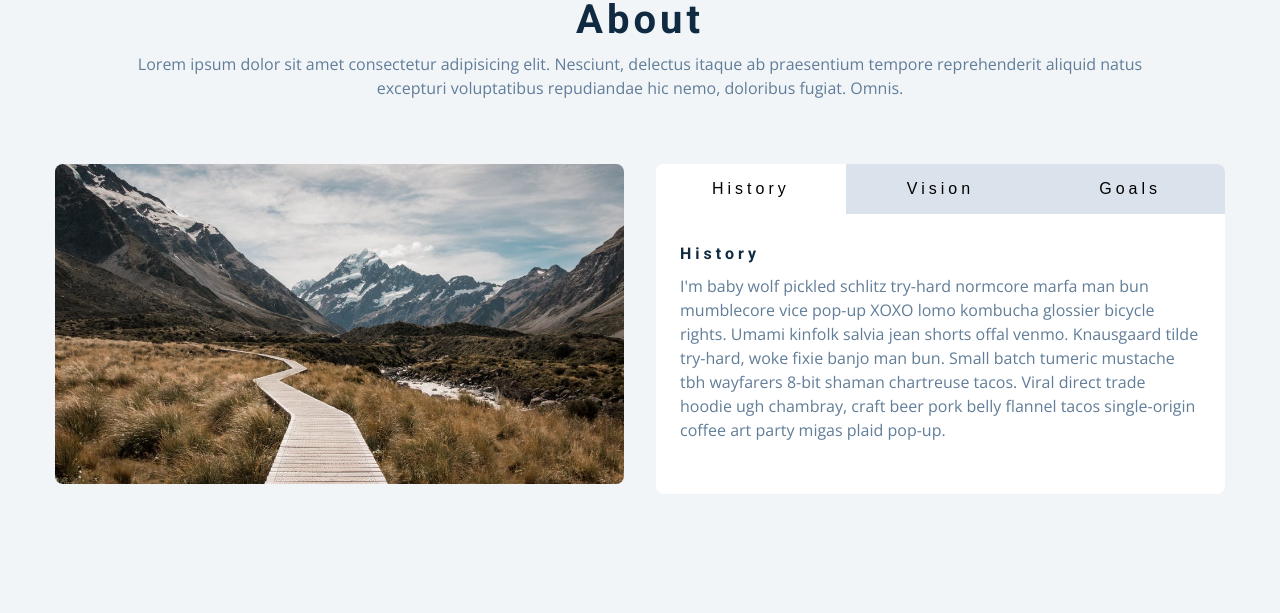
Repository: Kamrangujjar85112/Javascript-Vanilla-Projects
Page: setup/11-tabs/setup/index.html
The author's editor kept a copy of each file at every save. The page is drawn from the files as they stood at one save, then again after the next save.
The browser window is 1280 px wide. The pictures show the whole page.

Above is the page before, as saved 2022-02-03 14:39:31.

### setup/11-tabs/setup/index.html
<!DOCTYPE html>
<html lang="en">
  <head>
    <meta charset="UTF-8" />
    <meta name="viewport" content="width=device-width, initial-scale=1.0" />
    <title>Tabs</title>

    <!-- styles -->
    <link rel="stylesheet" href="styles.css" />
  </head>
  <body>
    <section>
      <div class="title">
        <h2>about</h2>
        <p>Lorem ipsum dolor sit amet consectetur adipisicing elit. Nesciunt, delectus itaque ab praesentium tempore reprehenderit aliquid natus excepturi voluptatibus repudiandae hic nemo, doloribus fugiat. Omnis.</p>
      </div>
      <div class="about-center section-center">
        <article class="about-img">


          <img src="./hero-bcg.jpeg" alt="about picture">
        </article>
      <article class="about">
        <!-- btn container -->
        <div class="btn-container">
          <button class="tab-btn active" data-id="history">history</button>
          <button class="tab-btn" data-id="vision">vision</button>
          <button class="tab-btn" data-id="goals">goals</button>
        </div>
        <article class="about-content">
          <!-- single item -->
          <div class="content active" id="history">
            <h4>history</h4>
            <!-- history -->
            <p>
              I'm baby wolf pickled schlitz try-hard normcore marfa man bun mumblecore vice
              pop-up XOXO lomo kombucha glossier bicycle rights. Umami kinfolk salvia jean
              shorts offal venmo. Knausgaard tilde try-hard, woke fixie banjo man bun. Small
              batch tumeric mustache tbh wayfarers 8-bit shaman chartreuse tacos. Viral
              direct trade hoodie ugh chambray, craft beer pork belly flannel tacos
              single-origin coffee art party migas plaid pop-up.
            </p>



          </div>
          <!-- end single item -->
          <!-- single item -->
          <div class="content" id="vision">
            <h4>vision</h4>
            <!-- vision -->
            <p>
              Man bun PBR&B keytar copper mug prism, hell of helvetica. Synth crucifix offal
              deep v hella biodiesel. Church-key listicle polaroid put a bird on it
              chillwave palo santo enamel pin, tattooed meggings franzen la croix cray.
              Retro yr aesthetic four loko tbh helvetica air plant, neutra palo santo tofu
              mumblecore. Hoodie bushwick pour-over jean shorts chartreuse shabby chic. Roof
              party hammock master cleanse pop-up truffaut, bicycle rights skateboard
              affogato readymade sustainable deep v live-edge schlitz narwhal.
            </p>
            <ul>
              <li>list item</li>
              <li>list item</li>
              <li>list item</li>
            </ul>
          </div>
          <!-- end single item -->
          <!-- single item -->
          <div class="content" id="goals">
            <h4>goals</h4>
            <!-- goals -->
            <p>
              Chambray authentic truffaut, kickstarter brunch taxidermy vape heirloom four
              dollar toast raclette shoreditch church-key. Poutine etsy tote bag, cred
              fingerstache leggings cornhole everyday carry blog gastropub. Brunch biodiesel
              sartorial mlkshk swag, mixtape hashtag marfa readymade direct trade man braid
              cold-pressed roof party. Small batch adaptogen coloring book heirloom.
              Letterpress food truck hammock literally hell of wolf beard adaptogen everyday
              carry. Dreamcatcher pitchfork yuccie, banh mi salvia venmo photo booth quinoa
              chicharrones.
            </p>
          </div>
          <!-- end single item -->
        </article>
      </article>

      </div>
    </section>
    <!-- javascript -->
    <script src="app.js"></script>
  </body>
</html>

### setup/11-tabs/setup/styles.css
/*
===============
Fonts
===============
*/
@import url("https://fonts.googleapis.com/css?family=Open+Sans|Roboto:400,700&display=swap");

/*
===============
Variables
===============
*/

:root {
  /* dark shades of primary color*/
  --clr-primary-1: hsl(205, 86%, 17%);
  --clr-primary-2: hsl(205, 77%, 27%);
  --clr-primary-3: hsl(205, 72%, 37%);
  --clr-primary-4: hsl(205, 63%, 48%);
  /* primary/main color */
  --clr-primary-5: #49a6e9;
  /* lighter shades of primary color */
  --clr-primary-6: hsl(205, 89%, 70%);
  --clr-primary-7: hsl(205, 90%, 76%);
  --clr-primary-8: hsl(205, 86%, 81%);
  --clr-primary-9: hsl(205, 90%, 88%);
  --clr-primary-10: hsl(205, 100%, 96%);
  /* darkest grey - used for headings */
  --clr-grey-1: hsl(209, 61%, 16%);
  --clr-grey-2: hsl(211, 39%, 23%);
  --clr-grey-3: hsl(209, 34%, 30%);
  --clr-grey-4: hsl(209, 28%, 39%);
  /* grey used for paragraphs */
  --clr-grey-5: hsl(210, 22%, 49%);
  --clr-grey-6: hsl(209, 23%, 60%);
  --clr-grey-7: hsl(211, 27%, 70%);
  --clr-grey-8: hsl(210, 31%, 80%);
  --clr-grey-9: hsl(212, 33%, 89%);
  --clr-grey-10: hsl(210, 36%, 96%);
  --clr-white: #fff;
  --clr-red-dark: hsl(360, 67%, 44%);
  --clr-red-light: hsl(360, 71%, 66%);
  --clr-green-dark: hsl(125, 67%, 44%);
  --clr-green-light: hsl(125, 71%, 66%);
  --clr-black: #222;
  --ff-primary: "Roboto", sans-serif;
  --ff-secondary: "Open Sans", sans-serif;
  --transition: all 0.3s linear;
  --spacing: 0.25rem;
  --radius: 0.5rem;
  --light-shadow: 0 5px 15px rgba(0, 0, 0, 0.1);
  --dark-shadow: 0 5px 15px rgba(0, 0, 0, 0.2);
  --max-width: 1170px;
  --fixed-width: 620px;
}
/*
===============
Global Styles
===============
*/

*,
::after,
::before {
  margin: 0;
  padding: 0;
  box-sizing: border-box;
}
body {
  font-family: var(--ff-secondary);
  background: var(--clr-grey-10);
  color: var(--clr-grey-1);
  line-height: 1.5;
  font-size: 0.875rem;
}
ul {
  list-style-type: none;
}
a {
  text-decoration: none;
}
img:not(.logo) {
  width: 100%;
}
img {
  display: block;
}

h1,
h2,
h3,
h4 {
  letter-spacing: var(--spacing);
  text-transform: capitalize;
  line-height: 1.25;
  margin-bottom: 0.75rem;
  font-family: var(--ff-primary);
}
h1 {
  font-size: 3rem;
}
h2 {
  font-size: 2rem;
}
h3 {
  font-size: 1.25rem;
}
h4 {
  font-size: 0.875rem;
}
p {
  margin-bottom: 1.25rem;
  color: var(--clr-grey-5);
}
@media screen and (min-width: 800px) {
  h1 {
    font-size: 4rem;
  }
  h2 {
    font-size: 2.5rem;
  }
  h3 {
    font-size: 1.75rem;
  }
  h4 {
    font-size: 1rem;
  }
  body {
    font-size: 1rem;
  }
  h1,
  h2,
  h3,
  h4 {
    line-height: 1;
  }
}
/*  global classes */

.btn {
  text-transform: uppercase;
  background: transparent;
  color: var(--clr-black);
  padding: 0.375rem 0.75rem;
  letter-spacing: var(--spacing);
  display: inline-block;
  transition: var(--transition);
  font-size: 0.875rem;
  border: 2px solid var(--clr-black);
  cursor: pointer;
  box-shadow: 0 1px 3px rgba(0, 0, 0, 0.2);
  border-radius: var(--radius);
}
.btn:hover {
  color: var(--clr-white);
  background: var(--clr-black);
}
/* section */
.section {
  padding: 5rem 0;
}

.section-center {
  width: 90vw;
  margin: 0 auto;
  max-width: 1170px;
}
@media screen and (min-width: 992px) {
  .section-center {
    width: 95vw;
  }
}
main {
  min-height: 100vh;
  display: grid;
  place-items: center;
}
/*
===============
About
===============
*/
.title {
  text-align: center;
  margin-bottom: 4rem;
}
.title p {
  width: 80%;
  margin: 0 auto;
}

.about-img {
  margin-bottom: 2rem;
}
.about-img img {
  border-radius: var(--radius);
  object-fit: cover;
  height: 20rem;
}
@media screen and (min-width: 992px) {
  .about-img {
    margin-bottom: 0;
  }

  .about-center {
    display: grid;
    grid-template-columns: 1fr 1fr;
    column-gap: 2rem;
  }
}
.about {
  background: var(--clr-white);
  border-radius: var(--radius);
  display: grid;
  grid-template-rows: auto 1fr;
}
.btn-container {
  border-top-left-radius: var(--radius);
  border-top-right-radius: var(--radius);
  display: grid;
  grid-template-columns: 1fr 1fr 1fr;
}
.tab-btn:nth-child(1) {
  border-top-left-radius: var(--radius);
}
.tab-btn:nth-child(3) {
  border-top-right-radius: var(--radius);
}
.tab-btn {
  padding: 1rem 0;
  border: none;
  text-transform: capitalize;
  font-size: 1rem;
  display: block;
  background: var(--clr-grey-9);
  cursor: pointer;
  transition: var(--transition);
  letter-spacing: var(--spacing);
}
.tab-btn:hover:not(.active) {
  background: var(--clr-primary-10);
  color: var(--clr-primary-5);
}
.about-content {
  border-bottom-left-radius: var(--radius);
  border-bottom-right-radius: var(--radius);
  padding: 2rem 1.5rem;
}
/* hide content */
.content {
  display: none;
}
.tab-btn.active {
  background: var(--clr-white);
}
.content.active {
  display: block;
}

### setup/11-tabs/setup/app.js
const about = document.querySelector('.about');
const btns = document.querySelectorAll('.tab-btn');
const articles = document.querySelectorAll('.content');

about.addEventListener('click',function(e){
    const id = e.target.dataset.id;
    if(id){
        btns.forEach(function(btn){
            btn.classList.remove('active');
            e.target.classList.add('active');
        });
        articles.forEach(function(article){
            article.classList.remove('active');
        });
        const element = document.getElementById(id);
        element.classList.add('active');
    }
})

After the next save:
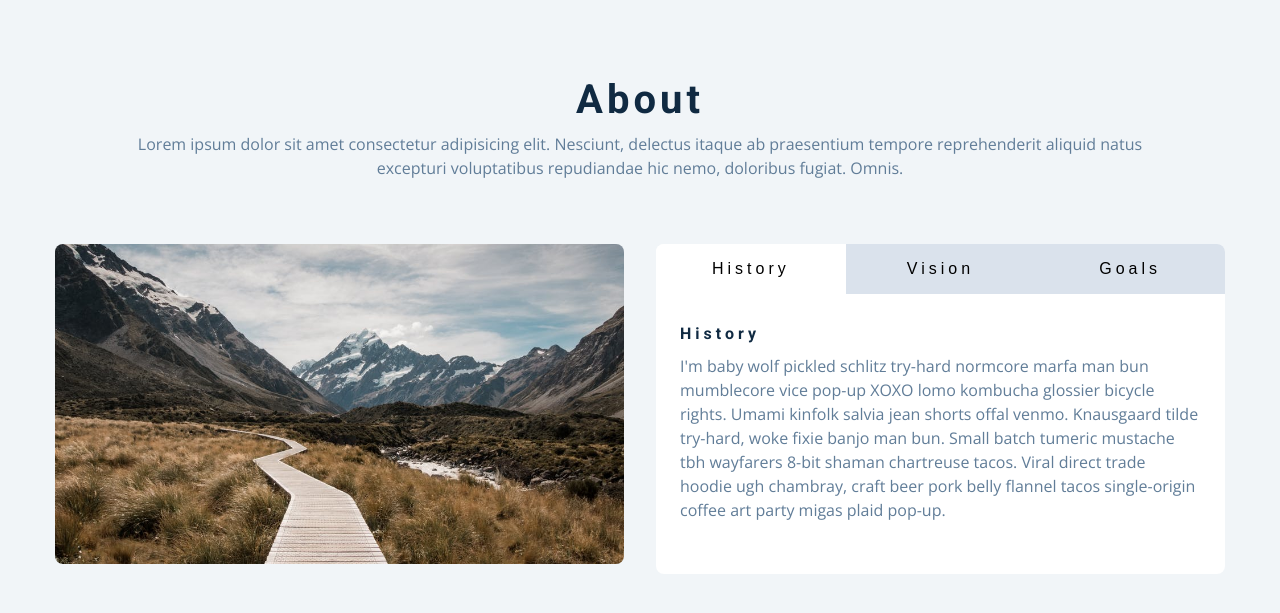
Saved 14 min 52 s later.
--- a/setup/11-tabs/setup/index.html
+++ b/setup/11-tabs/setup/index.html
@@ -9,7 +9,7 @@
     <link rel="stylesheet" href="styles.css" />
   </head>
   <body>
-    <section>
+    <section class="section">
       <div class="title">
         <h2>about</h2>
         <p>Lorem ipsum dolor sit amet consectetur adipisicing elit. Nesciunt, delectus itaque ab praesentium tempore reprehenderit aliquid natus excepturi voluptatibus repudiandae hic nemo, doloribus fugiat. Omnis.</p>
